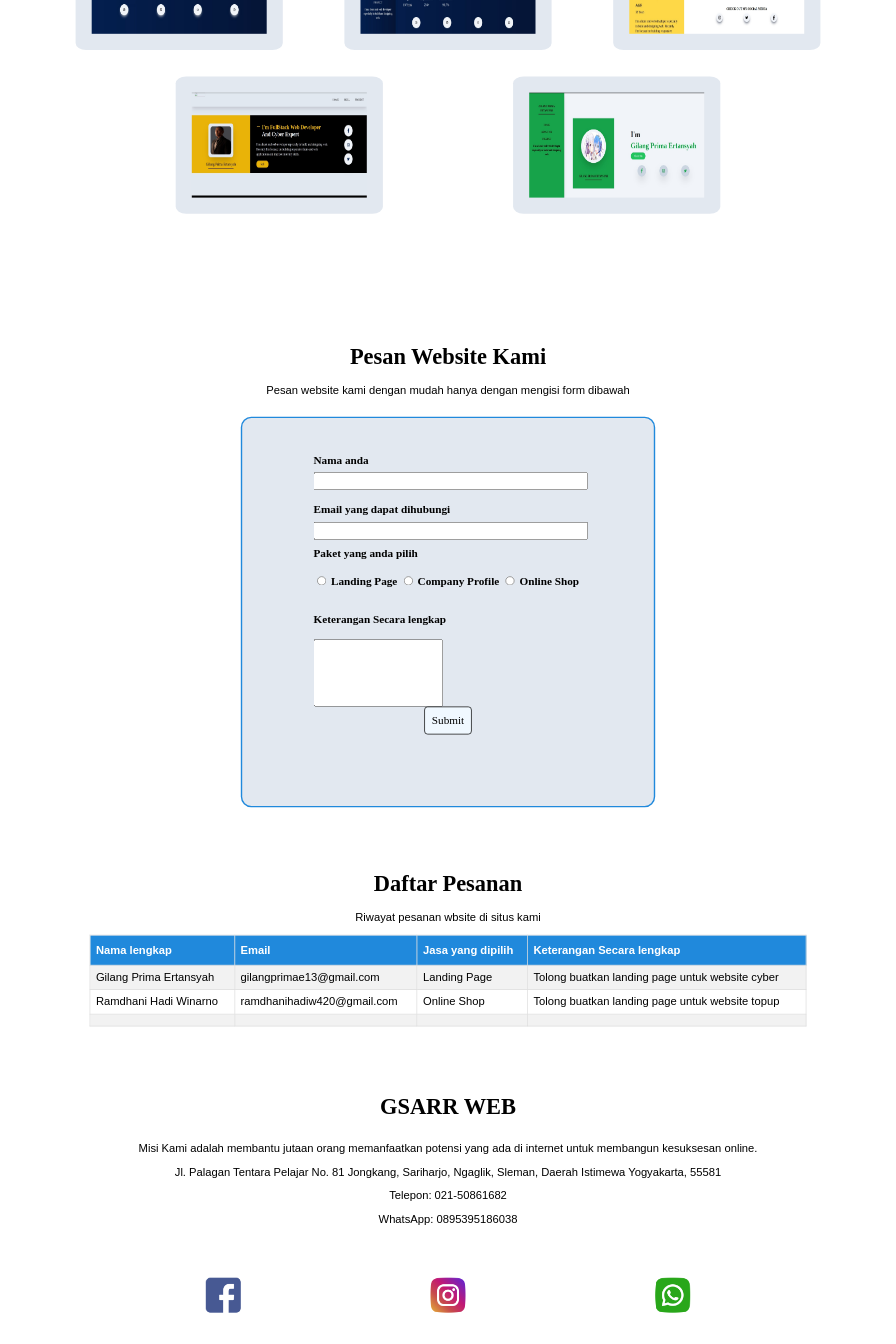
Repository: zecht12/TimModul
Page: TimModul.html
The author's editor kept a copy of each file at every save. The page is drawn from the files as they stood at one save, then again after a run of saves.
The browser window is 1280 px wide. The pictures show the part of the page from y = 2416 to 4336 px (the page is 4452 px tall), at 70% of full size.

Above is the page before, as saved 2023-04-27 19:20:59.

### TimModul.html
<!DOCTYPE html>
<html lang="en">
<head>
    <meta charset="UTF-8">
    <meta http-equiv="X-UA-Compatible" content="IE=edge">
    <meta name="viewport" content="width=device-width, initial-scale=1.0">
    <link rel="stylesheet" href="style.css">
    <script src="script.js"></script>
    <title>Jasa Coding</title>
</head>
<body>
    <div style="height: 80px; width: 100%; background-color: white;">
        <header>
            <img src="./assets/wallpaper.jpg" alt="Image" style="height: 50px; width: 50px; border-radius: 100%;" >
            <ul class="nav_links">
                <li><a href="#">Home</a></li>
                <li><a href="#Paket">Harga</a></li>
                <li><a href="#Produk">Produk</a></li>
                <li><a href="#Forms">Form</a></li>
                <li><a href="#Dokumen">Dokumen</a></li>
            </ul>
        </headers>
    </div>
    <div style="background-image: url(./assets/bg.jpg); background-size: cover; background-position: top; width: 100%; height: 120vh; background-repeat: no-repeat; background-position: center;">
        <div style="display: flex; justify-content: center; align-items: center; padding: 5%; width: auto; height: auto;">
            <div style="height: auto; width: 70%; display: flex ; justify-content: center; align-items: center;">
                <div>
                    <div style=" display: flex; justify-content: center; align-items: center;">
                        <p style="text-align: center; color: white; font-size: 50px; font-weight: bold; width: 80%;">Jasa Pembuatan Website untuk Segala Kebutuhan Anda!</p>
                    </div>
                    <div style=" display: flex; justify-content: center; align-items: center; ">
                        <p style="text-align: center; color: white; font-size: large; width: 80%; ">Ingin wujudkan website impian tanpa ribet? Kami siap membantu Anda! Tersedia layanan jasa pembuatan website murah dan berkualitas dengan fitur terlengkap!</p>
                    </div>
                    <div style=" display: flex; justify-content: space-evenly; align-items: center;">
                        <div style=" display: flex; justify-content: center; align-items: center; gap: 5px;">
                            <img src="./assets/check.png" alt="check" width="30px" height="30px">
                            <p style="text-align: center; color: white; font-size: medium;">Proses Cepat</p>
                        </div>
                        <div style=" display: flex; justify-content: center; align-items: center; gap: 5px;">
                            <img src="./assets/check.png" alt="check" width="30px" height="30px">
                            <p style="text-align: center; color: white; font-size: medium">Harga Terjangkau</p>
                        </div>
                        <div style=" display: flex; justify-content: center; align-items: center; gap: 5px;">
                            <img src="./assets/check.png" alt="check" width="30px" height="30px">
                            <p style="text-align: center; color: white; font-size: medium;">Website Profesional</p>
                        </div>
                    </div>
                    <div style=" display: flex; justify-content: center; align-items: center; width: auto; height: auto;">
                        <p style="text-align: center; color: white; font-size: xx-large; font-weight: bold;">GSARR WEB</p>
                    </div>
                    <div style=" display: flex; justify-content: center; align-items: center; width: auto; height: auto;">
                        <a class="button1" href="#Paket" style="width: 200px; height: 50px; display: flex; justify-content: center; align-items: center; border-radius: 15px; background: #fff; color: #000; border: 2px solid #fff; cursor: pointer;">
                            Lihat Penawaran
                        </a>
                    </div>
                </div>
            </div>
        </div>
    </div>
    <div class="Paket" id="Paket" style="width: 100%; height: 120vh;">
        <p style="text-align: center; font-size: xx-large; font-weight: bold;">Harga Paket Jasa Pembuatan Website</p>
        <p style="text-align: center; font-size: medium; font-weight: bold; ">Tak perlu biaya mahal, Niagaweb menghadirkan jasa pembuatan website dengan harga terjangkau, fitur terbaik, dan layanan support nomor satu!</p>
        <div style="padding-left: 5%; padding-right: 5%;padding-top: 2%;display: flex;justify-content: space-evenly; align-items: center;" >
            <div style="padding: 2%; background-color: #e8ebf0; border-radius: 5%; height: 600px; width: 300px;">
                <p style="color: rgb(49, 49, 49); font-weight: bold; font-size: larger;">Landing Page</p>
                <p style="color: gray; font-weight: bold; font-size: medium;">Mulai dari:</p>
                <p style="color: #2089dc; font-size: xx-large; font-weight: bold; margin: auto; padding-bottom: 4%;">Rp 750.000</p>
                <div style="display: flex; justify-content: center; align-items: center;">
                    <a class="button1" href="#Forms" style="width: 200px; height: 50px; display: flex; justify-content: center; align-items: center; border-radius: 15px; background: transparent; color: #2089dc; border: 2px solid #2089dc; cursor: pointer;">
                        Checkout
                    </a>
                </div>
                <p style="color: gray; font-weight: bold; font-size: medium;">Bangun landing page dengan desain profesional! Biaya website terjangkau dengan fitur terbaik cocok untuk memulai bisnis online Anda.</p>
                <div style=" display: flex; justify-content: start; align-items: center; gap: 2px;">
                    <img src="./assets/check.png" alt="check" width="20px" height="20px">
                    <p style="color: black; font-size: medium;">Gratis Hosting dan Domain</p>
                </div>
                <div style=" display: flex; justify-content: start; align-items: center; gap: 2px;">
                    <img src="./assets/check.png" alt="check" width="20px" height="20px">
                    <p style="color: black; font-size: medium;">30 Pilihan Tema</p>
                </div>
                <div style=" display: flex; justify-content: start; align-items: center; gap: 2px;">
                    <img src="./assets/check.png" alt="check" width="20px" height="20px">
                    <p style="color: black; font-size: medium;">Free Maintenance di Bulan Pertama</p>
                </div>
                <div style=" display: flex; justify-content: start; align-items: center; gap: 2px;">
                    <img src="./assets/check.png" alt="check" width="20px" height="20px">
                    <p style="color: black; font-size: medium;">SEO Friendly</p>
                </div>
                <div style=" display: flex; justify-content: start; align-items: center; gap: 2px;">
                    <img src="./assets/check.png" alt="check" width="20px" height="20px">
                    <p style="color: black; font-size: medium;">Desain Responsif</p>
                </div>
                <div style=" display: flex; justify-content: start; align-items: center; gap: 2px;">
                    <img src="./assets/check.png" alt="check" width="20px" height="20px">
                    <p style="color: black; font-size: medium;">Pengerjaan 7 Hari Kerja</p>
                </div>
            </div>
            <div style="padding: 2%; background-color: #e8ebf0; border-radius: 5%; height: 600px; width: 300px;">
                <p style="color: rgb(49, 49, 49); font-weight: bold; font-size: larger;">Company Profile</p>
                <p style="color: gray; font-weight: bold; font-size: medium;">Mulai dari:</p>
                <p style="color: #2089dc; font-size: xx-large; font-weight: bold; margin: auto; padding-bottom: 4%;">Rp 2.000.000</p>
                <div style="display: flex; justify-content: center; align-items: center;">
                    <a class="button1" href="#Forms" style="width: 200px; height: 50px; display: flex; justify-content: center; align-items: center; border-radius: 15px; background: transparent; color: #2089dc; border: 2px solid #2089dc; cursor: pointer;">
                        Checkout
                    </a>
                </div>
                <p style="color: gray; font-weight: bold; font-size: medium;">Jasa pembuatan website untuk perusahaan B2B seperti konsultan, distributor, dan manufaktur. Saatnya tampilkan kesan profesional untuk perusahaan Anda!</p>
                <div style=" display: flex; justify-content: start; align-items: center; gap: 2px;">
                    <img src="./assets/check.png" alt="check" width="20px" height="20px">
                    <p style="color: black; font-size: medium;">Free Unlimited Hosting</p>
                </div>
                <div style=" display: flex; justify-content: start; align-items: center; gap: 2px;">
                    <img src="./assets/check.png" alt="check" width="20px" height="20px">
                    <p style="color: black; font-size: medium;">Free Maintenance Setiap Bulan</p>
                </div>
                <div style=" display: flex; justify-content: start; align-items: center; gap: 2px;">
                    <img src="./assets/check.png" alt="check" width="20px" height="20px">
                    <p style="color: black; font-size: medium;">Gratis Setup 5 Konten / Artikel</p>
                </div>
                <div style=" display: flex; justify-content: start; align-items: center; gap: 2px;">
                    <img src="./assets/check.png" alt="check" width="20px" height="20px">
                    <p style="color: black; font-size: medium;">1 Halaman Awal</p>
                </div>
                <div style=" display: flex; justify-content: start; align-items: center; gap: 2px;">
                    <img src="./assets/check.png" alt="check" width="20px" height="20px">
                    <p style="color: black; font-size: medium;">1x Revisi Desain</p>
                </div>
                <div style=" display: flex; justify-content: start; align-items: center; gap: 2px;">
                    <img src="./assets/check.png" alt="check" width="20px" height="20px">
                    <p style="color: black; font-size: medium;">500+ Tema Pilihan</p>
                </div>
            </div>
            <div style="padding: 2%; background-color: #e8ebf0; border-radius: 5%; height: 600px; width: 300px;">
                <p style="color: rgb(49, 49, 49); font-weight: bold; font-size: larger;">Online Shop</p>
                <p style="color: gray; font-weight: bold; font-size: medium;">Mulai dari:</p>
                <p style="color: #2089dc; font-size: xx-large; font-weight: bold; margin: auto; padding-bottom: 4%;">Rp 2.900.000</p>
                <div style="display: flex; justify-content: center; align-items: center;">
                    <a class="button1" href="#Forms" style="width: 200px; height: 50px; display: flex; justify-content: center; align-items: center; border-radius: 15px; background: transparent; color: #2089dc; border: 2px solid #2089dc; cursor: pointer;">
                        Checkout
                    </a>
                </div>
                <p style="color: gray; font-weight: bold; font-size: medium;">Jasa website profesional yang direkomendasikan untuk bisnis atau UKM B2C seperti bisnis kuliner, properti, konveksi, travel, dll.</p>
                <div style=" display: flex; justify-content: start; align-items: center; gap: 2px;">
                    <img src="./assets/check.png" alt="check" width="20px" height="20px">
                    <p style="color: black; font-size: medium;">Gratis Setup5 Produk Unggulan</p>
                </div>
                <div style=" display: flex; justify-content: start; align-items: center; gap: 2px;">
                    <img src="./assets/check.png" alt="check" width="20px" height="20px">
                    <p style="color: black; font-size: medium;">Integrasi Marketplace / Instagram Shop</p>
                </div>
                <div style=" display: flex; justify-content: start; align-items: center; gap: 2px;">
                    <img src="./assets/check.png" alt="check" width="20px" height="20px">
                    <p style="color: black; font-size: medium;">Fitur Payment & Shipping</p>
                </div>
                <div style=" display: flex; justify-content: start; align-items: center; gap: 2px;">
                    <img src="./assets/check.png" alt="check" width="20px" height="20px">
                    <p style="color: black; font-size: medium;">5 Halaman Awal</p>
                </div>
                <div style=" display: flex; justify-content: start; align-items: center; gap: 2px;">
                    <img src="./assets/check.png" alt="check" width="20px" height="20px">
                    <p style="color: black; font-size: medium;">1x Revisi Desain</p>
                </div>
                <div style=" display: flex; justify-content: start; align-items: center; gap: 2px;">
                    <img src="./assets/check.png" alt="check" width="20px" height="20px">
                    <p style="color: black; font-size: medium;">500+ Tema Pilihan</p>
                </div>
            </div>
        </div>
    </div>
    <div id="Produk" style="width: 100%; height: 100vh; padding-top: 5%;">
        <h1 style="text-align: center; font-size: xx-large; font: bolder;">Banyak Pilihan Desain</h1>
        <p style="text-align: center; font: caption;">Pilih satu dari puluhan desain yang tersedia</p>
        <div class="produk" id="produk" >
            <a href="./JenisWeb/Web1.html" style="padding: 2%; background-color: #E2E8F0; border-radius: 5%; display: flex; justify-items: center; align-items: center;">
                <img src="./assets/web.jpeg" alt="Image" style="height: 150px; width: 250px;" >
            </a>
            <a href="./JenisWeb/Web2.html" style="padding: 2%; background-color: #E2E8F0; border-radius: 5%; display: flex; justify-items: center; align-items: center;">
                <img src="./assets/web1.jpeg" alt="Image" style="height: 150px; width: 250px;" >
            </a>
            <a href="./JenisWeb/Web3.html" style="padding: 2%; background-color: #E2E8F0; border-radius: 5%; display: flex; justify-items: center; align-items: center;">
                <img src="./assets/web2.jpg" alt="Image" style="height: 150px; width: 250px;" >
            </a>
        </div>
        <div class="produk1" id="produk1" >
            <a href="./JenisWeb/Web4.html" style="padding: 2%; background-color: #E2E8F0; border-radius: 5%; display: flex; justify-items: center; align-items: center;">
                <img src="./assets/web3.jpg" alt="Image" style="height: 150px; width: 250px;" >
            </a>
            <a href="./JenisWeb/Web5.html" style="padding: 2%; background-color: #E2E8F0; border-radius: 5%; display: flex; justify-items: center; align-items: center;">
                <img src="./assets/web4.jpg" alt="Image" style="height: 150px; width: 250px;" >
            </a>
            <a href="./JenisWeb/Web6.html" style="padding: 2%; background-color: #E2E8F0; border-radius: 5%; display: flex; justify-items: center; align-items: center;">
                <img src="./assets/web5.jpg" alt="Image" style="height: 150px; width: 250px;" >
            </a>
        </div>
        <div class="produk2" id="produk2" >
            <a href="./JenisWeb/Web7.html" style="padding: 2%; background-color: #E2E8F0; border-radius: 5%; display: flex; justify-items: center; align-items: center;">
                <img src="./assets/web6.jpg" alt="Image" style="height: 150px; width: 250px;" >
            </a>
            <a href="./JenisWeb/Web8.html" style="padding: 2%; background-color: #E2E8F0; border-radius: 5%; display: flex; justify-items: center; align-items: center;">
                <img src="./assets/web7.jpg" alt="Image" style="height: 150px; width: 250px;" >
            </a>
        </div>
    </div>
    <h1 style="margin-top: 22%; text-align: center;">Pesan Website Kami</h1>
    <p style="text-align: center; font: caption;">Pesan website kami dengan mudah hanya dengan mengisi form dibawah</p>
    <div style="min-width: 60%; height: auto;">
        <div id="Forms" class="forms" id="forms" >
            <form style=" padding-bottom: 8%; padding-left: 8%; padding-right: 8%; padding-top: 4%; border-radius: 15px; background-color: #E2E8F0; color: #2089dc; border: 2px solid #2089dc;">
                <div class="Formnama">
                    <label for="Nama" class="Labelnama">Nama anda</label><br>
                    <input type="text" id="Nama" name="Nama" class="Nama">
                </div>

                <div class="Formemail">
                    <label for="Email" class="Labelemail">Email yang dapat dihubungi</label>
                    <input type="text" id="Email" name="Email" class="Email">
                </div>

                <p for="Pilihan" class="Pilihan">Paket yang anda pilih</p>
                <div style="padding-bottom: 5%;" id="Paket" >
                    <input type="radio" id="Landing_Page" name="Landing_Page" value="Landing_Page">
                    <label for="FrontEnd">Landing Page</label>

                    <input type="radio" id="Company_Profile" name="Company_Profile" value="Company_Profile">
                    <label for="BackEnd">Company Profile</label>

                    <input type="radio" id="Online_Shop" name="Online_Shop" value="Online_Shop">
                    <label for="FullStack">Online Shop</label><br>
                </div>

                <div>
                    <p style="color: black; font-weight: bold; padding-bottom: 1%;">Keterangan Secara lengkap</p>
                    <input type="text" id="Keterangan" name="Keterangan" class="Keterangan" style="padding-top: 10%; padding-bottom: 10%;">
                </div>

                <div style="display: flex; justify-content: center; align-items: center;">
                    <input type="submit" value="Submit" class="Button">
                </div>
            </form>
        </div>
    </div>
    <h1 style="margin-top: 2%; text-align: center;">Daftar Pesanan</h1>
    <p style="text-align: center; font: caption;">Riwayat pesanan wbsite di situs kami</p>
    <div id="Dokumen" style="display: flex; justify-content: center; align-items: center; width: 100%;">
        <table id="customers">
            <tr>
                <th>Nama lengkap</th>
                <th>Email</th>
                <th>Jasa yang dipilih</th>
                <th>Keterangan Secara lengkap</th>
            </tr>
            <tr>
                <td>Gilang Prima Ertansyah</td>
                <td>gilangprimae13@gmail.com</td>
                <td>Landing Page</td>
                <td>Tolong buatkan landing page untuk website cyber</td>
            </tr>
            <tr>
                <td>Ramdhani Hadi Winarno</td>
                <td>ramdhanihadiw420@gmail.com</td>
                <td>Online Shop</td>
                <td>Tolong buatkan landing page untuk website topup</td>
            </tr>
            <tr>
                <td id="p1"></td>
                <td id="p2"></td>
                <td></td>
                <td id="p4"></td>
            </tr>
        </table>
    </div>
    <div style="height: 70vh; width: 100%; background-color: white; margin: auto; justify-content: center; align-items: center;">
        <div style="padding: 5%;">
            <p style="text-align: center; color: black; font-size: xx-large; font-weight: bold;">GSARR WEB</p>
            <p style="text-align: center; font: caption;">Misi Kami adalah membantu jutaan orang memanfaatkan potensi yang ada di internet untuk membangun kesuksesan online.</p>
            <p style="text-align: center; font: caption;">Jl. Palagan Tentara Pelajar No. 81 Jongkang, Sariharjo, Ngaglik, Sleman, Daerah Istimewa Yogyakarta, 55581</p>
            <div>
                <p style="text-align: center; font: caption;">Telepon: 021-50861682</p>
                <p style="text-align: center; font: caption;">WhatsApp: 0895395186038</p>
            </div>
            <div class="Social" style="display: flex; align-items: center; justify-content: space-between; background-color: transparent; gap: 20px; padding-left: 20%; padding-right: 20%; padding-top: 5%; ">
                <a href="" style="background-color: #fff;">
                    <img src="/assets/facebook.png" alt="FB" width="50px" height="50px">
                </a>
                <a href="">
                    <img src="/assets/instagram.png" alt="FB" width="50px" height="50px">
                </a>
                <a href="">
                    <img src="/assets/whatsapp.png" alt="FB" width="50px" height="50px">
                </a>
            </div>
        </div>
    </div>
    <div style="height: 50px; width: 100%; background-color: white; margin: auto; justify-content: center; align-items: center;">
        <p style="color: black; text-align: center; padding-top: 20px;">&copy;2023 Tim Modul, Inc. All Rights Reserved</p>
    </div>
</body>
</html>

Loaded but not shown: script.js (9 lines, source omitted); style.css (140 lines, source omitted)

After the next 9 saves:
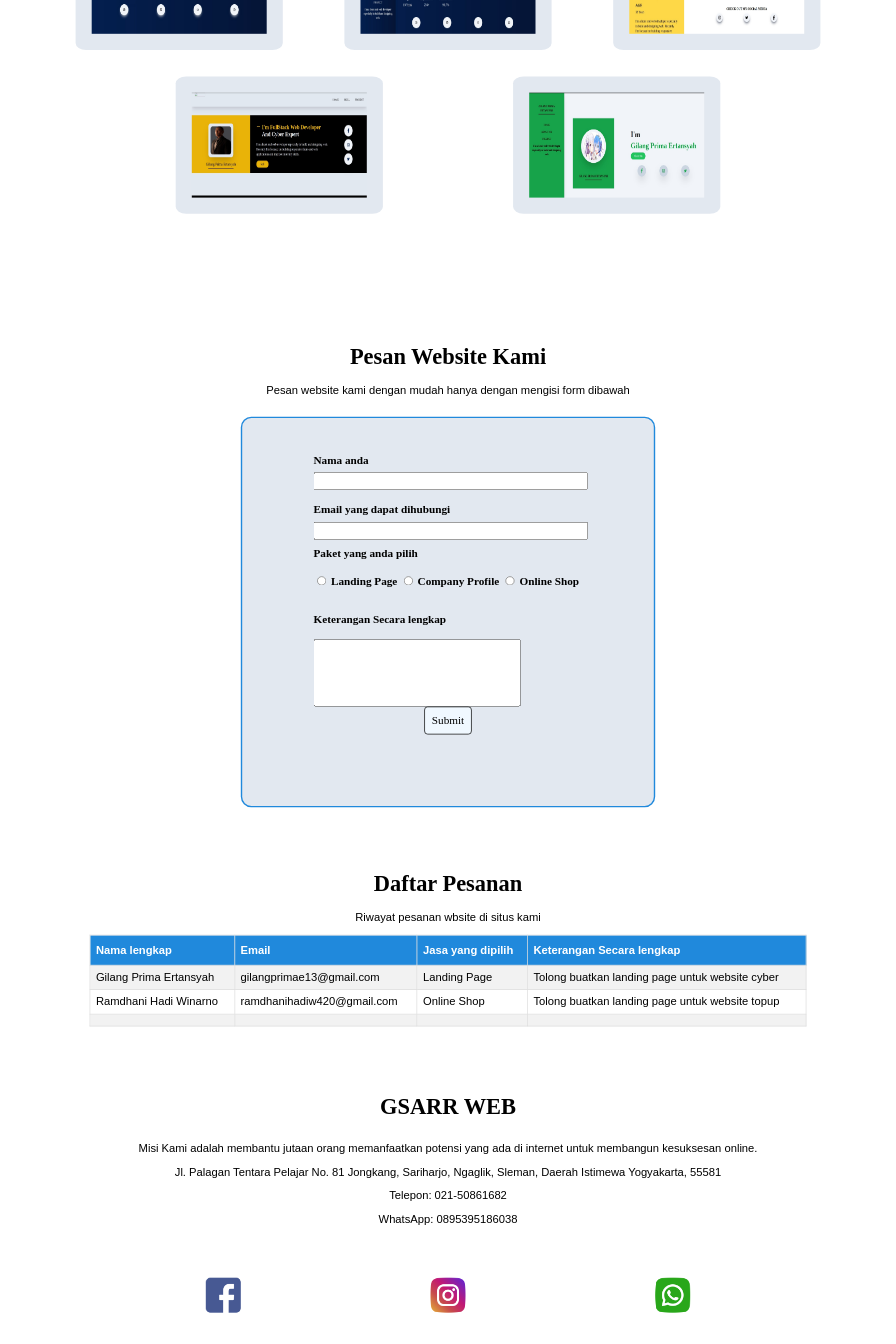
The 9 saves are shown as one change because they came seconds apart.
The last was saved 22 s later.
--- a/TimModul.html
+++ b/TimModul.html
@@ -231,7 +231,7 @@
 
                 <div>
                     <p style="color: black; font-weight: bold; padding-bottom: 1%;">Keterangan Secara lengkap</p>
-                    <input type="text" id="Keterangan" name="Keterangan" class="Keterangan" style="padding-top: 10%; padding-bottom: 10%;">
+                    <input type="text" id="Keterangan" name="Keterangan" class="Keterangan" style="padding-top: 10%; padding-bottom: 10%; padding-left: 10%; padding-right: 20%;">
                 </div>
 
                 <div style="display: flex; justify-content: center; align-items: center;">
